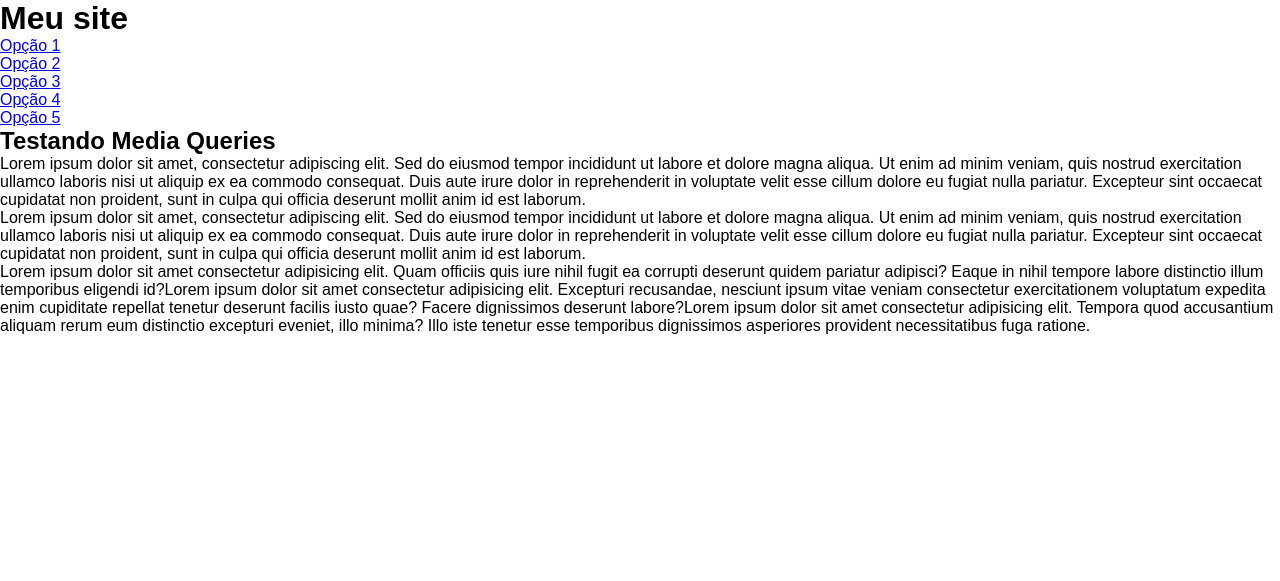
Repository: Sandro1969-tech/menu-hamburger
Page: index.html
The author's editor kept a copy of each file at every save. The page is drawn from the files as they stood at one save, then again after the next save.
The browser window is 1280 px wide. The pictures show the whole page.

Above is the page before, as saved 2025-12-25 18:33:28.

### index.html
<!DOCTYPE html>
<html lang="pt-br">
<head>
    <meta charset="UTF-8">
    <meta name="viewport" content="width=device-width, initial-scale=1.0">
    <title>Media Queries</title>
    <link rel="stylesheet" href="style.css">
</head>
<body>
  <header>
    <main>
            <h1>Meu site</h1>
            <menu>
                <ul>
                    <li><a href="#">Opção 1</a></li>
                    <li><a href="#">Opção 2</a></li>
                    <li><a href="#">Opção 3</a></li>
                    <li><a href="#">Opção 4</a></li>
                    <li><a href="#">Opção 5</a></li>
                </ul>
            </menu>
                <article>
                    <h2>Testando Media Queries</h2>
                    <p>Lorem ipsum dolor sit amet, consectetur adipiscing elit. Sed do eiusmod tempor incididunt ut labore et dolore magna aliqua. Ut enim ad minim veniam, quis nostrud exercitation ullamco laboris nisi ut aliquip ex ea commodo consequat. Duis aute irure dolor in reprehenderit in voluptate velit esse cillum dolore eu fugiat nulla pariatur. Excepteur sint occaecat cupidatat non proident, sunt in culpa qui officia deserunt mollit anim id est laborum.</p>
                    <p>Lorem ipsum dolor sit amet, consectetur adipiscing elit. Sed do eiusmod tempor incididunt ut labore et dolore magna aliqua. Ut enim ad minim veniam, quis nostrud exercitation ullamco laboris nisi ut aliquip ex ea commodo consequat. Duis aute irure dolor in reprehenderit in voluptate velit esse cillum dolore eu fugiat nulla pariatur. Excepteur sint occaecat cupidatat non proident, sunt in culpa qui officia deserunt mollit anim id est laborum.</p>
                    <p> Lorem ipsum dolor sit amet consectetur adipisicing elit. Quam officiis quis iure nihil fugit ea corrupti deserunt quidem pariatur adipisci? Eaque in nihil tempore labore distinctio illum temporibus eligendi id?Lorem ipsum dolor sit amet consectetur adipisicing elit. Excepturi recusandae, nesciunt ipsum vitae veniam consectetur exercitationem voluptatum expedita enim cupiditate repellat tenetur deserunt facilis iusto quae? Facere dignissimos deserunt labore?Lorem ipsum dolor sit amet consectetur adipisicing elit. Tempora quod accusantium aliquam rerum eum distinctio excepturi eveniet, illo minima? Illo iste tenetur esse temporibus dignissimos asperiores provident necessitatibus fuga ratione.</p>
                </article>
    </main>
  </header>
</body>
</html>

### style.css
@charset "UTF-8";

* {
    font-family: Arial, Helvetica, sans-serif;
    margin: 0px;
    padding: 0px;
}

body html {
    background-color:
    rgba(119, 136, 153, 0.459);
}
header {
    background-color:rgba(148, 148, 148;
}

h1 {
padding: 10px;
text-align: center;
}

menu {
    display: block;
}
menu > ul {
    list-style-type: none;
}
menu a {
    display: block;
    padding: 10px;
    text-decoration: none;
    background-color: rgba(87,87,87);
    text-align: center;
    color: white;
    border-top: 2px solid grey;
}
menu > ul > li:hover a {
    background-color: rgba(119, 136, 153, 0.459);
}

main {
    width: 90vw;
    background-color:white;
    margin:  auto;
    margin-top: 10px;
    padding: 10px;
    border-radius: 10px;
}

article {
    padding-bottom: 20px;
}
article > p {
    text-align: justify;
    margin-bottom: 20px;
    text -indent: 20px;
}

After the next save:
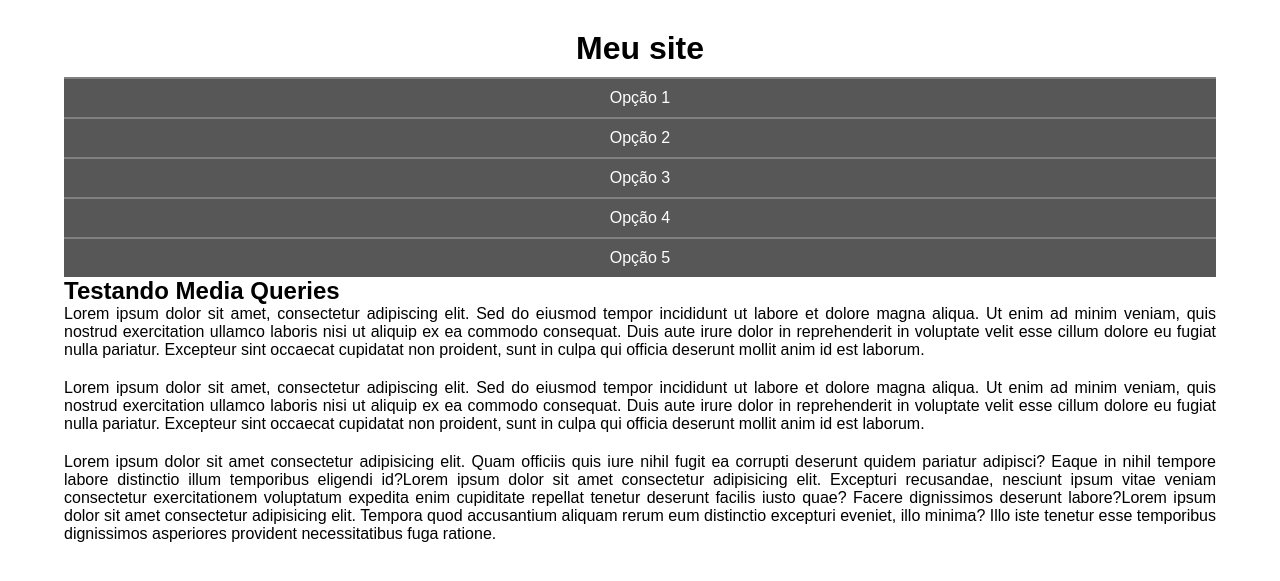
Saved 9 s later.
--- a/style.css
+++ b/style.css
@@ -11,7 +11,7 @@ body html {
     rgba(119, 136, 153, 0.459);
 }
 header {
-    background-color:rgba(148, 148, 148;
+    background-color:rgba148, 148, 148;
 }
 
 h1 {

After the save that followed:
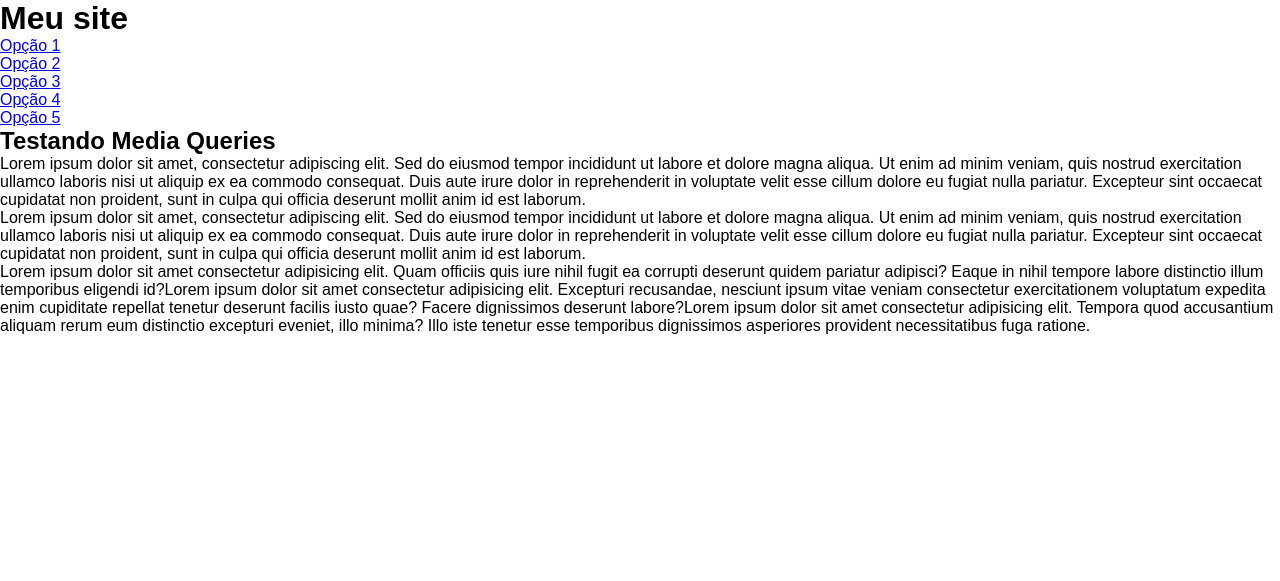
Saved 8 s later.
--- a/style.css
+++ b/style.css
@@ -11,7 +11,7 @@ body html {
     rgba(119, 136, 153, 0.459);
 }
 header {
-    background-color:rgba148, 148, 148;
+    background-color:rgba(148, 148, 148;
 }
 
 h1 {
